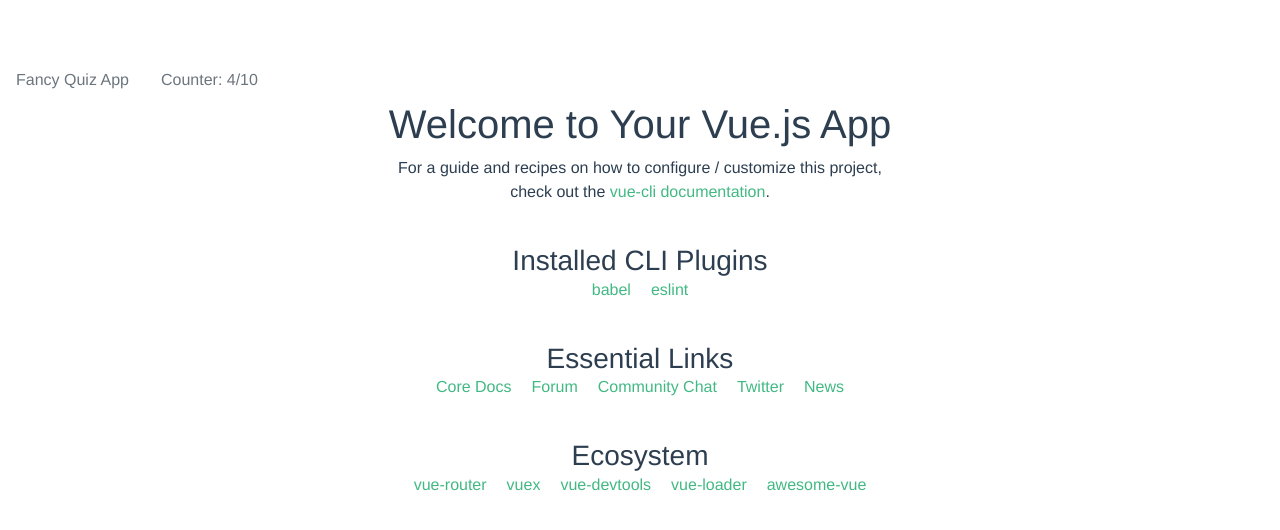
Repository: cacm96/Quiz
Page: /
An editor plug-in stored every save of this project. The page is shown before and after the next save, followed by the edit.
The browser window is 1280 px wide. The pictures show the whole page.
The project was rebuilt for these pictures with package versions that can differ from the ones it lists, and the page was loaded fresh each time.

Above is the page before, as saved 2021-04-25 22:54:18.

After the next save:
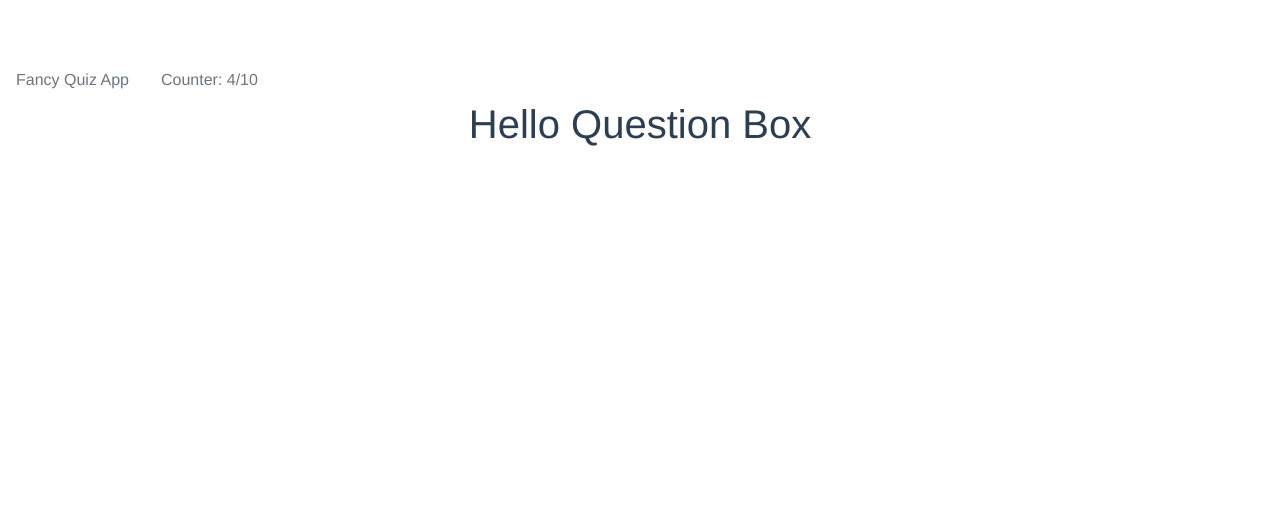
Saved 39 s later.
--- a/src/App.vue
+++ b/src/App.vue
@@ -1,18 +1,18 @@
 <template>
   <div id="app">
     <Header />
-    <HelloWorld msg="Welcome to Your Vue.js App" />
+    <QuestionBox />
   </div>
 </template>
 
 <script>
-import HelloWorld from "./components/HelloWorld.vue";
 import Header from "./components/Header.vue";
+import QuestionBox from "./components/QuestionBox.vue";
 
 export default {
   name: "App",
   components: {
-    HelloWorld,
+    QuestionBox,
     Header,
   },
 };
